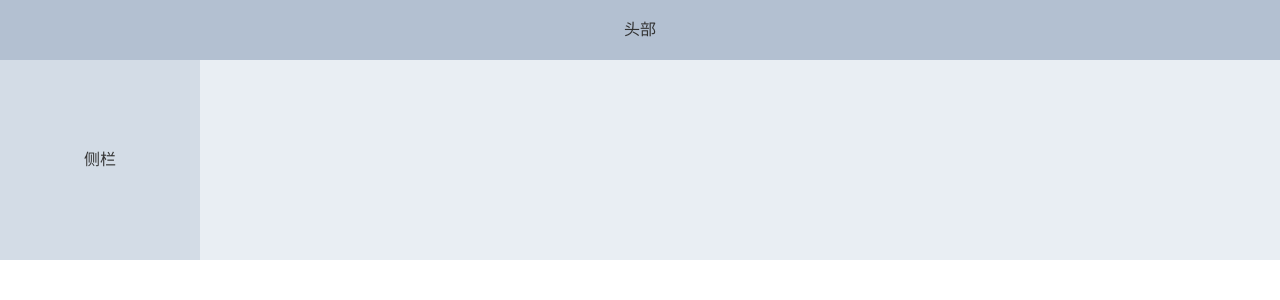
Repository: heyegang/vuex
Page: /
An editor plug-in stored every save of this project. The page is shown before and after the next save, followed by the edit.
The browser window is 1280 px wide. The pictures show the whole page.
The project was rebuilt for these pictures with package versions that can differ from the ones it lists, and the page was loaded fresh each time. Also part of the build but not shown: vue.config.js.

Above is the page before, as saved 2021-01-06 09:33:37.

After the next save:
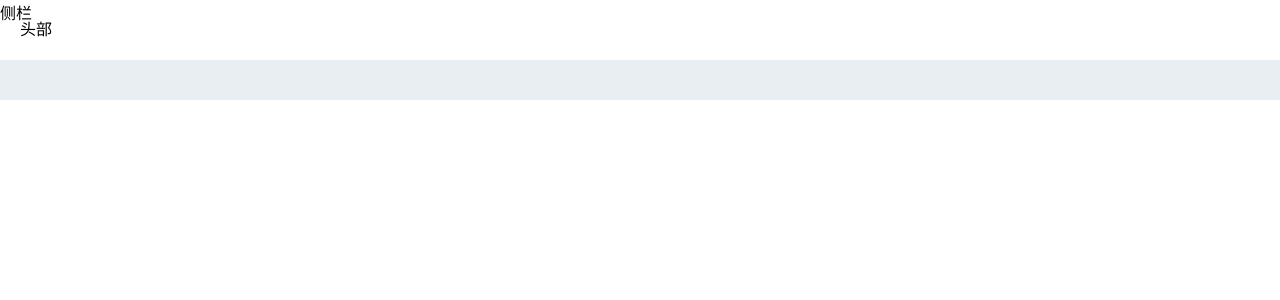
Saved 2 min 42 s later.
--- a/src/views/layout/Layout.vue
+++ b/src/views/layout/Layout.vue
@@ -39,17 +39,13 @@ export default {
 
 <style lang='scss' scoped>
   .el-header, .el-footer {
-    background-color: #B3C0D1;
-    color: #333;
-    text-align: center;
     line-height: 60px;
   }
 
   .el-aside {
-    background-color: #D3DCE6;
-    color: #333;
-    text-align: center;
-    line-height: 200px;
+    position: fixed;
+    top: 0;
+    bottom: 0;
   }
 
   .el-main {
